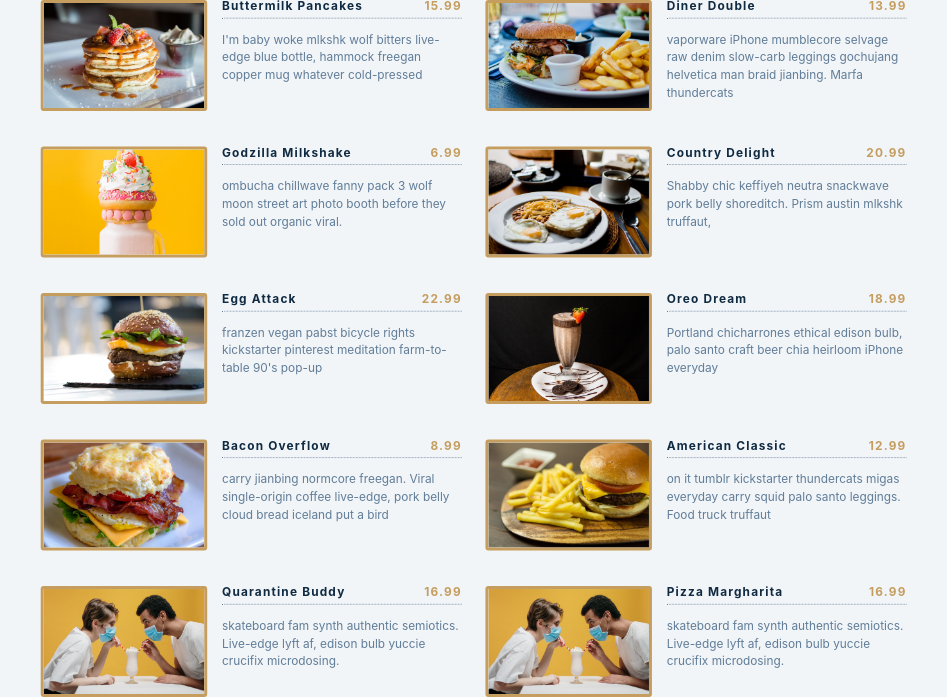
Repository: gligor99/menu-ts-react
Page: /
An editor plug-in stored every save of this project. The page is shown before and after the next save, followed by the edit.
The browser window is 1280 px wide. The pictures show the whole page, at 74% of full size.
The project was rebuilt for these pictures with package versions that can differ from the ones it lists, and the page was loaded fresh each time.

Above is the page before, as saved 2021-11-24 23:07:50.

### src/App.tsx
import { useState } from "react";
import Categories from "./components/Categories";
import Menu from "./components/Menu";
import items from "./data";

export type ItemsProps = {
  id: number;
  title: string;
  category: string;
  price: number;
  img: string;
  desc: string;
};

function App() {
  const [menuItems, setMenuItems] = useState<ItemsProps[]>(items);

  return (
    <div className="App">
      <Categories items={menuItems} />
      <Menu items={menuItems} />
    </div>
  );
}

export default App;

### src/components/Categories.tsx
import React from 'react'
import { ItemsProps } from '../App'

type Props = {
    items: ItemsProps[]
}

const Categories: React.FC<Props> = ({items}) => {
    return (
        <div>

        </div>
    )
}

export default Categories

### src/components/Menu.tsx
import { ItemsProps } from "../App";
import '../index.css'

type Props = {
  items: ItemsProps[];
};

const Menu: React.FC<Props> = ({ items }) => {
  console.log(items);

  return (
    <div className="section-center">
      {items.map((item) => {
        return (
          <article className="menu-item" key={item.id}>
            <img src={item.img} alt={item.title} className="photo" />
            <div className="item-info">
                <header>
                    <h4 className="title">{item.title}</h4>
                    <h4 className="price">{item.price}</h4>
                </header>
                <p className="item-text">{item.desc}</p>
            </div>
          </article>
        );
      })}
    </div>
  );
};

export default Menu;

### src/data.ts
const menu = [
    {
      id: 1,
      title: 'buttermilk pancakes',
      category: 'breakfast',
      price: 15.99,
      img: './images/item-1.jpeg',
      desc: `I'm baby woke mlkshk wolf bitters live-edge blue bottle, hammock freegan copper mug whatever cold-pressed `,
    },
    {
      id: 2,
      title: 'diner double',
      category: 'lunch',
      price: 13.99,
      img: './images/item-2.jpeg',
      desc: `vaporware iPhone mumblecore selvage raw denim slow-carb leggings gochujang helvetica man braid jianbing. Marfa thundercats `,
    },
    {
      id: 3,
      title: 'godzilla milkshake',
      category: 'shakes',
      price: 6.99,
      img: './images/item-3.jpeg',
      desc: `ombucha chillwave fanny pack 3 wolf moon street art photo booth before they sold out organic viral.`,
    },
    {
      id: 4,
      title: 'country delight',
      category: 'breakfast',
      price: 20.99,
      img: './images/item-4.jpeg',
      desc: `Shabby chic keffiyeh neutra snackwave pork belly shoreditch. Prism austin mlkshk truffaut, `,
    },
    {
      id: 5,
      title: 'egg attack',
      category: 'lunch',
      price: 22.99,
      img: './images/item-5.jpeg',
      desc: `franzen vegan pabst bicycle rights kickstarter pinterest meditation farm-to-table 90's pop-up `,
    },
    {
      id: 6,
      title: 'oreo dream',
      category: 'shakes',
      price: 18.99,
      img: './images/item-6.jpeg',
      desc: `Portland chicharrones ethical edison bulb, palo santo craft beer chia heirloom iPhone everyday`,
    },
    {
      id: 7,
      title: 'bacon overflow',
      category: 'breakfast',
      price: 8.99,
      img: './images/item-7.jpeg',
      desc: `carry jianbing normcore freegan. Viral single-origin coffee live-edge, pork belly cloud bread iceland put a bird `,
    },
    {
      id: 8,
      title: 'american classic',
      category: 'lunch',
      price: 12.99,
      img: './images/item-8.jpeg',
      desc: `on it tumblr kickstarter thundercats migas everyday carry squid palo santo leggings. Food truck truffaut  `,
    },
    {
      id: 9,
      title: 'quarantine buddy',
      category: 'shakes',
      price: 16.99,
      img: './images/item-9.jpeg',
      desc: `skateboard fam synth authentic semiotics. Live-edge lyft af, edison bulb yuccie crucifix microdosing.`,
    },
    {
      id: 10,
      title: 'pizza margharita',
      category: 'dinner',
      price: 16.99,
      img: './images/item-9.jpeg',
      desc: `skateboard fam synth authentic semiotics. Live-edge lyft af, edison bulb yuccie crucifix microdosing.`,
    },


  ];
  export default menu;

Loaded but not shown: public/index.html (common file); src/index.tsx (common file); src/index.css (common file)

After the next save:
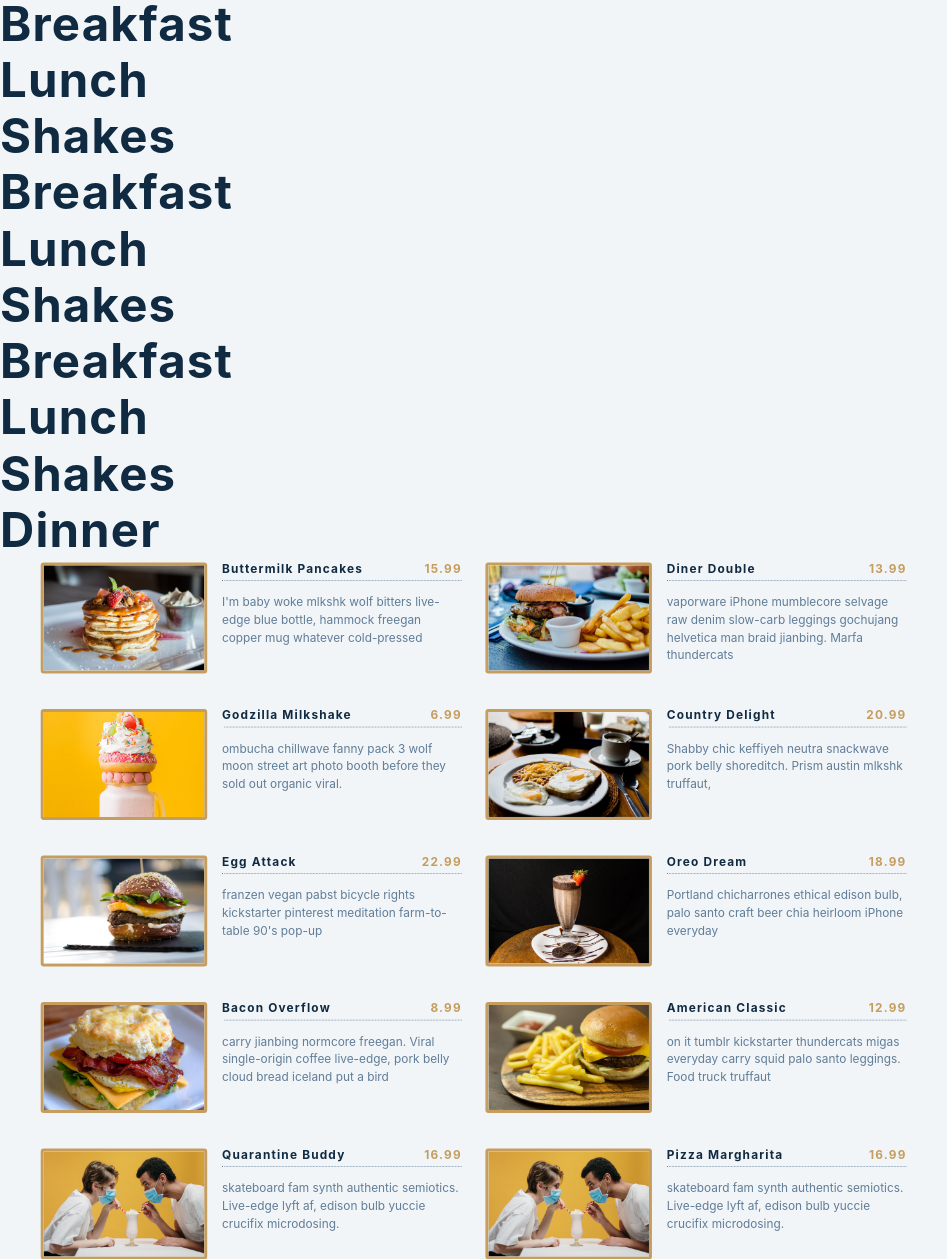
Saved 38 s later.
--- a/src/components/Categories.tsx
+++ b/src/components/Categories.tsx
@@ -8,7 +8,9 @@
 const Categories: React.FC<Props> = ({items}) => {
     return (
         <div>
-
+            {items.map((item) => {
+                return <h1>{item.category}</h1>
+            })}
         </div>
     )
 }

After the 4 saves that followed:
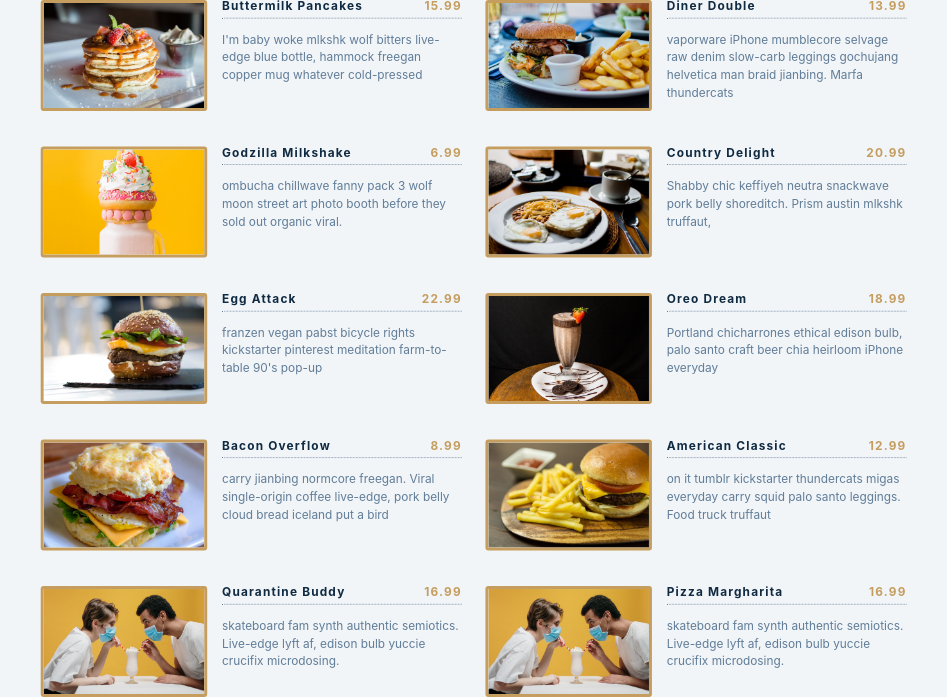
The 4 saves are shown as one change because 1 did not build or start and 2 left the picture as it was.
The last was saved 7 min 1 s later.
--- a/src/App.tsx
+++ b/src/App.tsx
@@ -2,6 +2,11 @@ import { useState } from "react";
 import Categories from "./components/Categories";
 import Menu from "./components/Menu";
 import items from "./data";
+
+let uniques = Array.from(new Set(items.map((item) => item.category))) ;
+const allCategories = ['all', ...uniques]
+console.log(allCategories);
+
 
 export type ItemsProps = {
   id: number;
--- a/src/components/Categories.tsx
+++ b/src/components/Categories.tsx
@@ -8,9 +8,7 @@
 const Categories: React.FC<Props> = ({items}) => {
     return (
         <div>
-            {items.map((item) => {
-                return <h1>{item.category}</h1>
-            })}
+
         </div>
     )
 }
